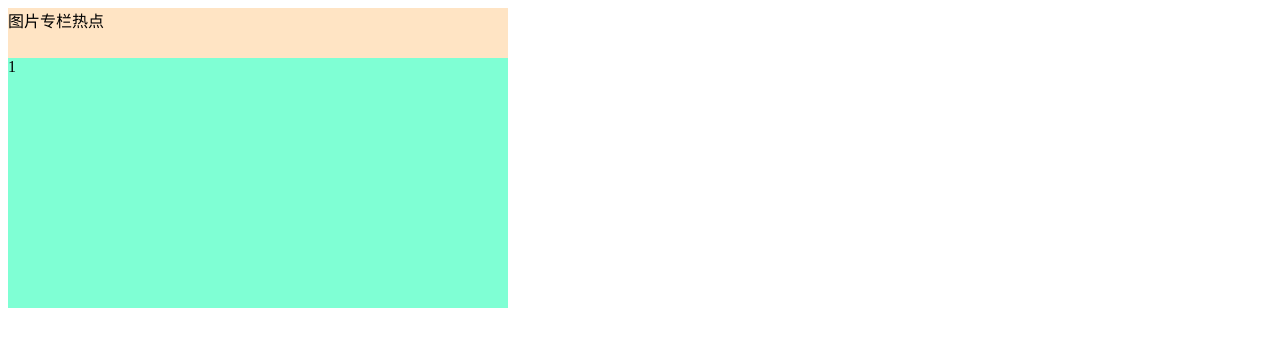
Repository: 1404413577/jsdemo
Page: /res (app in vue-demo/myweb3/)
The author's editor kept a copy of each file at every save. The page is drawn from the files as they stood at one save, then again after the next save.
The browser window is 1280 px wide. The pictures show the whole page.
The project was rebuilt for these pictures with package versions that can differ from the ones it lists, and the page was loaded fresh each time. Also part of the build but not shown: vue-demo/myweb3/vue.config.js, vue-demo/myweb3/src/components/vue2/demo.vue.

Above is the page before, as saved 2022-11-25 20:43:49.

### vue-demo/myweb3/src/App.vue
<template>
  <router-view/>
</template>

<script>

</script>
<style lang="less">

</style>

### vue-demo/myweb3/src/router/index.js
import { createRouter, createWebHistory } from 'vue-router'

const routes = [
  {
    path: "/home",
    component: 'home',
    component: () => import('../views/Home.vue')
},
  {
    path: '/onclick',
    name: 'onclick',
    component: () => import('../views/OnClick.vue')
  },
  {
    path: '/res',
    name: 'res',
    component: () => import('../views/res.vue')

  }
]

const router = createRouter({
  history: createWebHistory(process.env.BASE_URL),
  routes
})

export default router

### vue-demo/myweb3/src/views/res.vue
<template>
  <div>
    <!-- <Demo /> -->
    <Tab />
  </div>
</template>

<script>
import Demo from "@/components/vue2/demo.vue";
import Tab from "@/components/vue2/Tab.vue";
export default {
  components: {
    Demo,
    Tab,
  },
};
</script>

<style>

</style>

### vue-demo/myweb3/src/components/vue2/Tab.vue
<template>
  <div class="main">
    <div>
        <nav>
            <span @click="btnFn(1)">图片</span>
            <span @click="btnFn(2)">专栏</span>
            <span @click="btnFn(3)">热点</span>
        </nav>


        <div v-show="status == 1">1</div>
        <div v-show="status == 2">2</div>
        <div v-show="status == 3">3</div>

    </div>
  </div>
</template>

<script>
export default {
    data() {
        return{
            status : 1
        }
    },
    methods:{
        btnFn(val) {
            this.status = val;
        }
    }

}
</script>

<style scoped>
*{
    padding: 0;
    margin: 0;
}
.main{
    width: 500px;
    height: 300px;
    background-color: aquamarine;

}

.main nav{
    width: 100%;
    height: 50px;
    background-color: bisque;
}
</style>

Loaded but not shown: vue-demo/myweb3/public/index.html (common file); vue-demo/myweb3/src/main.js (common file); vue-demo/myweb3/src/store/index.js (common file)

After the next save:
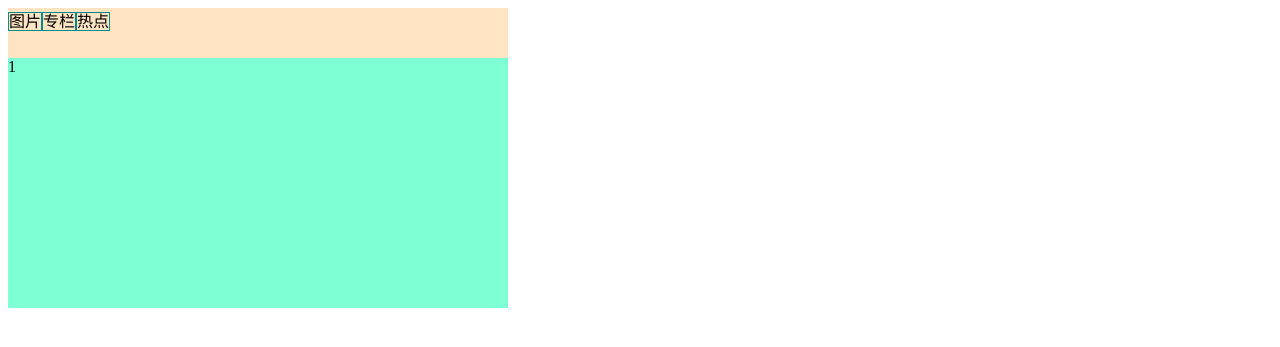
Saved 56 s later.
--- a/vue-demo/myweb3/src/components/vue2/Tab.vue
+++ b/vue-demo/myweb3/src/components/vue2/Tab.vue
@@ -49,4 +49,8 @@ export default {
     height: 50px;
     background-color: bisque;
 }
+.main nav span{
+    width: 80px;
+    border: 1px solid darkcyan;
+}
 </style>
